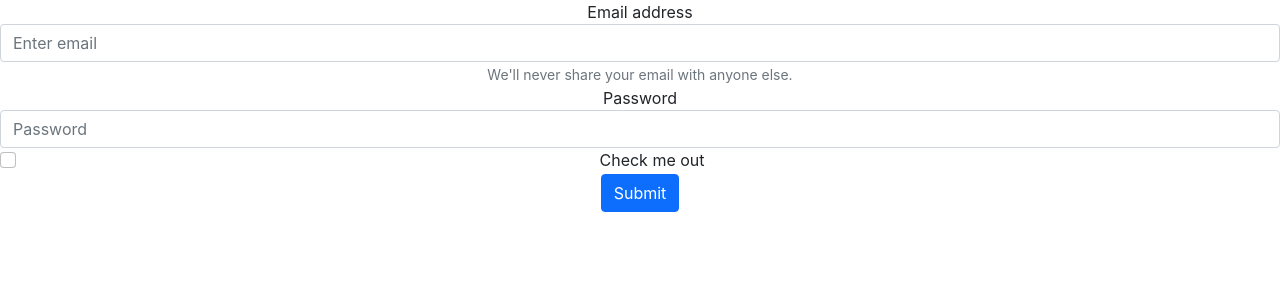
Repository: Osomhe1/bitmama2
Page: /
These files come from the project's save history. The page is drawn as it stood at one moment and after a run of saves; the edit follows.
The browser window is 1280 px wide. The pictures show the whole page.
The project was rebuilt for these pictures with package versions that can differ from the ones it lists, and the page was loaded fresh each time.

Above is the page before, as saved 2022-05-08 19:38:15.

### src/App.js
import './App.css';
import Login from './component/Login';

function App() {
  return (
    <div className="App">

      <Login />

    </div>
  );
}

export default App;

### src/App.css
.App {
  text-align: center;
  max-width: ;
}

### src/component/Login.js
import React from 'react'

export default function Login() {
  return (
    <div className='w-800px' >
        <form>
  <div className="form-group">
    <label for="exampleInputEmail1">Email address</label>
    <input type="email" className="form-control" id="exampleInputEmail1" aria-describedby="emailHelp" placeholder="Enter email" />
    <small id="emailHelp" className="form-text text-muted">We'll never share your email with anyone else.</small>
  </div>
  <div className="form-group">
    <label for="exampleInputPassword1">Password</label>
    <input type="password" className="form-control" id="exampleInputPassword1" placeholder="Password" />
  </div>
  <div className="form-check">
    <input type="checkbox" className="form-check-input" id="exampleCheck1" />
    <label className="form-check-label" for="exampleCheck1">Check me out</label>
  </div>
  <button type="submit" className="btn btn-primary">Submit</button>
</form>
    </div>
  )
}

Loaded but not shown: public/index.html (common file); src/index.js (common file); src/index.css (common file); src/reportWebVitals.js (common file)

After the next 2 saves:
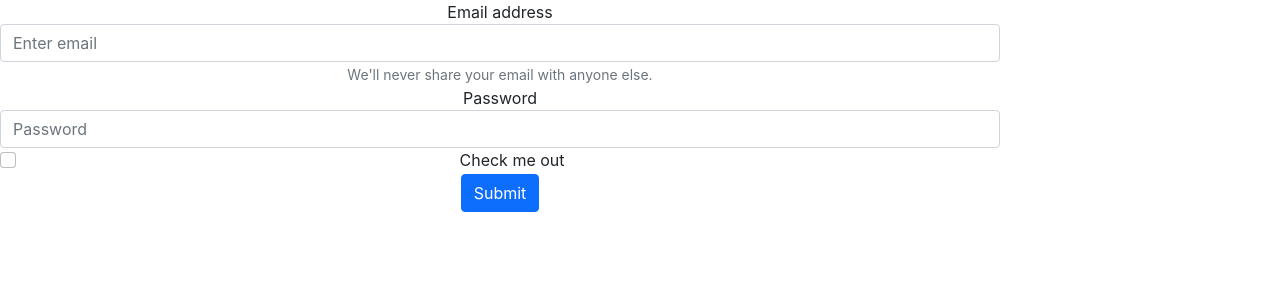
The 2 saves are shown as one change because they came seconds apart.
The last was saved 8 s later.
--- a/src/App.css
+++ b/src/App.css
@@ -1,4 +1,4 @@
 .App {
   text-align: center;
-  max-width: ;
+  max-width: 1000px;
 }
